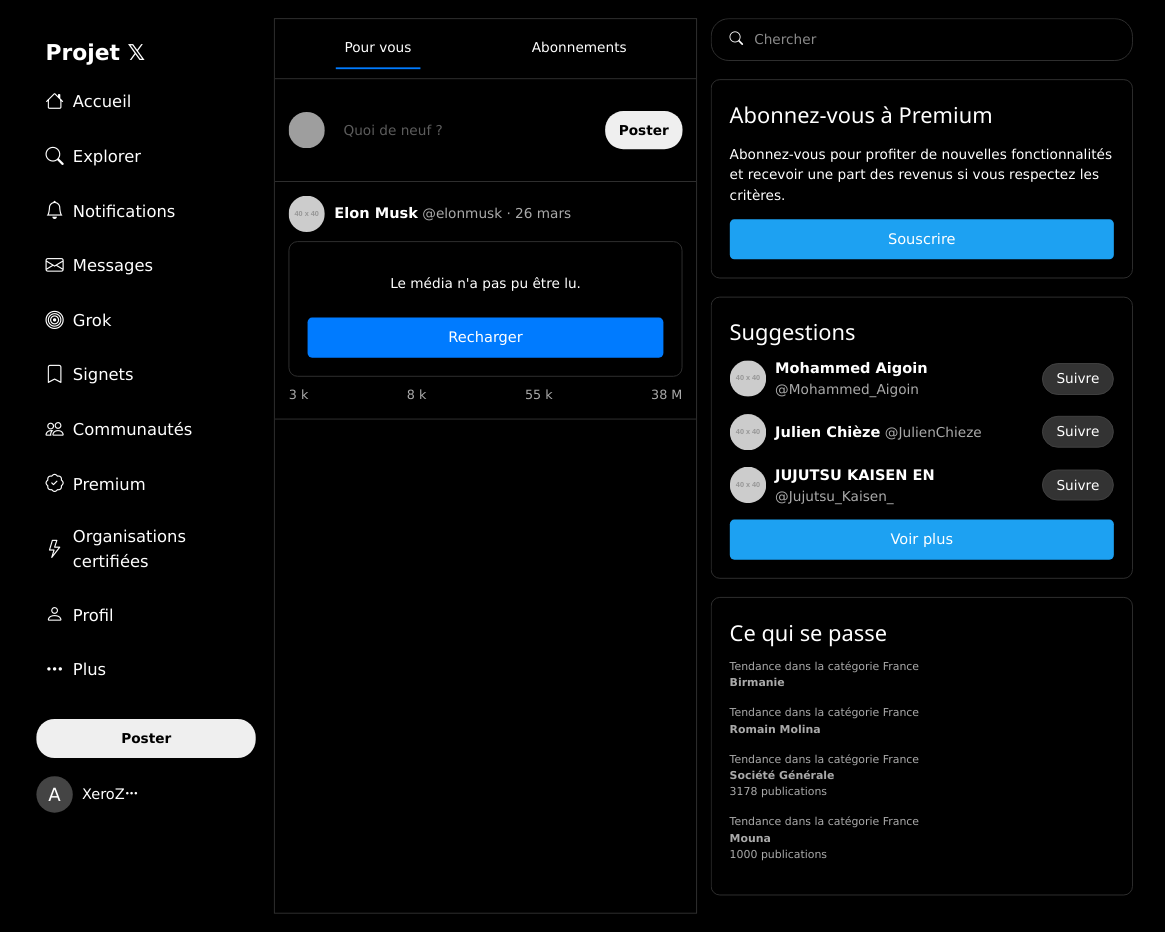
Repository: barriefl/ProjetX_BARRIER_MAULINE_MARQUES-FELIX_SERVONNET
Page: web/front/main.html
An editor plug-in stored every save of this project. The page is shown before and after a run of saves, followed by the edit.
The browser window is 1280 px wide. The pictures show the whole page, at 91% of full size.
Pictures or frames that could not be fetched are drawn as grey boxes.

Above is the page before, as saved 2025-03-31 09:23:38.

### web/front/main.html
<!DOCTYPE html>
<html lang="fr">
  <head>
    <meta charset="UTF-8" />
    <meta name="viewport" content="width=device-width, initial-scale=1.0" />
    <title>Projet &Xopf;</title>
    <link rel="icon" type="image/x-icon" href="image/twitter-x.svg" />
    <link rel="stylesheet" href="style/main.css" />
    <link rel="stylesheet" href="https://www.w3schools.com/w3css/5/w3.css" />
    <link
      rel="stylesheet"
      href="https://cdn.jsdelivr.net/npm/bootstrap-icons@1.5.0/font/bootstrap-icons.css"
    />
  </head>
  <body>
    <div class="sidebar">
      <div class="logo"><a href="/front/main.html">Projet &Xopf;</a></div>
      <ul class="menu">
        <li>
          <a href="/front/main.html"
            ><span class="icon"><i class="bi bi-house"></i></span> Accueil</a
          >
        </li>
        <li>
          <a href=""
            ><span class="icon"><i class="bi bi-search"></i></span>Explorer</a
          >
        </li>
        <li>
          <a href="#"
            ><span class="icon"><i class="bi bi-bell"></i></span>
            Notifications</a
          >
        </li>
        <li>
          <a href="#"
            ><span class="icon"><i class="bi bi-envelope"></i></span>Messages</a
          >
        </li>
        <li>
          <a href="#"
            ><span class="icon"><i class="bi bi-bullseye"></i></span> Grok</a
          >
        </li>
        <li>
          <a href="#"
            ><span class="icon"><i class="bi bi-bookmark"></i></span> Signets</a
          >
        </li>
        <li>
          <a href="#"
            ><span class="icon"><i class="bi bi-people"></i></span>
            Communautés</a
          >
        </li>
        <li>
          <a href="#"
            ><span class="icon"><i class="bi bi-patch-check"></i></span>
            Premium</a
          >
        </li>
        <li>
          <a href="#"
            ><span class="icon"><i class="bi bi-lightning"></i></span>
            Organisations certifiées</a
          >
        </li>
        <li>
          <a href="#"
            ><span class="icon"><i class="bi bi-person"></i></span> Profil</a
          >
        </li>
        <li>
          <a href="#"
            ><span class="icon"><i class="bi bi-three-dots"></i></span>Plus</a
          >
        </li>
      </ul>
      <button class="post-button">Poster</button>
      <div class="user-info">
        <span class="avatar">A</span>
        <span class="username">XeroZ</span>
        <span class="more-info"><i class="bi bi-three-dots"></i></span>
      </div>
    </div>
    <div class="container container-border">
      <!--  s -->
      <div class="tab-menu">
        <a href="#" class="active">Pour vous</a>
        <a href="#">Abonnements</a>
      </div>

      <!-- Header -->
      <div class="header">
        <img src="empty.png" alt="empty.png" />
        <input type="text" placeholder="Quoi de neuf ?" />
        <button class="post-button">Poster</button>
      </div>

      <!-- Post -->
      <div class="post">
        <div class="user-info">
          <img src="https://via.placeholder.com/40" alt="User Avatar" />
          <div>
            <span class="username">Elon Musk</span>
            <span style="color: #aaa">@elonmusk · 26 mars</span>
          </div>
        </div>
        <div class="content">
          <p>Le média n'a pas pu être lu.</p>
          <button class="button-blue">Recharger</button>
        </div>
        <div class="actions">
          <span>3 k</span>
          <span>8 k</span>
          <span>55 k</span>
          <span>38 M</span>
        </div>
      </div>
    </div>
    <div class="container">
      <!-- Barre de recherche -->
      <div class="search-bar">
        <i class="bi bi-search"></i>
        <input type="text" placeholder="Chercher" />
      </div>

      <!-- Section Premium -->
      <div class="card">
        <h3>Abonnez-vous à Premium</h3>
        <p>
          Abonnez-vous pour profiter de nouvelles fonctionnalités et recevoir
          une part des revenus si vous respectez les critères.
        </p>
        <button class="button-blue">Souscrire</button>
      </div>

      <!-- Suggestions -->
      <div class="card">
        <h3>Suggestions</h3>
        <div class="suggestion">
          <img src="https://via.placeholder.com/40" alt="Avatar" />
          <div class="info">
            <span class="username">Mohammed Aigoin</span>
            <span class="handle">@Mohammed_Aigoin</span>
          </div>
          <button class="follow-button">Suivre</button>
        </div>
        <div class="suggestion">
          <img src="https://via.placeholder.com/40" alt="Avatar" />
          <div class="info">
            <span class="username">Julien Chièze</span>
            <span class="handle">@JulienChieze</span>
          </div>
          <button class="follow-button">Suivre</button>
        </div>
        <div class="suggestion">
          <img src="https://via.placeholder.com/40" alt="Avatar" />
          <div class="info">
            <span class="username">JUJUTSU KAISEN EN</span>
            <span class="handle">@Jujutsu_Kaisen_</span>
          </div>
          <button class="follow-button">Suivre</button>
        </div>
        <button class="button-blue">Voir plus</button>
      </div>

      <!-- Tendances -->
      <div class="card">
        <h3>Ce qui se passe</h3>
        <ul class="trends">
          <li>
            <span>Tendance dans la catégorie France</span>
            <span class="title">Birmanie</span>
          </li>
          <li>
            <span>Tendance dans la catégorie France</span>
            <span class="title">Romain Molina</span>
          </li>
          <li>
            <span>Tendance dans la catégorie France</span>
            <span class="title">Société Générale</span>
            <span>3178 publications</span>
          </li>
          <li>
            <span>Tendance dans la catégorie France</span>
            <span class="title">Mouna</span>
            <span>1000 publications</span>
          </li>
        </ul>
      </div>
    </div>
  </body>
</html>

### web/front/style/main.css
body {
    margin: 0;
    background-color: #000;
    color: white;
    padding: 0;
    display: flex;
    justify-content: center;
    padding: 20px;
}

.sidebar {
    width: 300px;
    height: 100vh;
    display: flex;
    flex-direction: column;
    padding: 20px;
}

.logo {
    font-size: 24px;
    font-weight: bold;
}

.sidebar a {
    text-decoration: none;
    color: white;
    padding: 10px;
    border-radius: 15px;
    transition: all 0.3s ease-in-out;
}

.sidebar a:hover {
    background-color: #333;
    text-decoration: none;
    color: white;
}

.menu {
    list-style: none;
    padding: 0;
    margin: 0;
}

.menu li {
    margin: 10px 0;
}

.menu a {
    text-decoration: none;
    color: white;
    display: flex;
    align-items: center;
    font-size: 18px;
}

.menu .icon {
    margin-right: 10px;
    font-size: 20px;
}

.post-button {
    margin: 20px 0;
    padding: 10px 15px;
    border-radius: 20px;
    border:none;
    cursor: pointer;
    font-weight: bold;
}

.post-button:hover {
    background-color: #ddd;
}

.button-blue {
    width: 100%;
    padding: 10px;
    font-size: 16px;
    background-color: #1da1f2;
    color: white;
    border: none;
    border-radius: 5px;
    cursor: pointer;
}

.button-blue:hover {
    background-color: #0d8ce0;
}

.user-info {
    display: flex;
    align-items: center;
    margin-top: auto;
}

.avatar {
    background-color: #444;
    width: 40px;
    height: 40px;
    display: flex;
    align-items: center;
    justify-content: center;
    border-radius: 50%;
    font-size: 20px;
    margin-right: 10px;
}

.username {
    font-size: 16px;
}

.container {
    width: 500px;
    overflow: hidden;
    margin-right: 15px;
}

.container-border {
    border: 1px solid #333;
}

.header {
    display: flex;
    align-items: center;
    padding: 15px;
    border-bottom: 1px solid #333;
}

.header img {
    width: 40px;
    height: 40px;
    border-radius: 50%;
    margin-right: 10px;
}

.header input {
    flex: 1;
    background: transparent;
    border: none;
    outline: none;
    padding: 10px;
    color: #fff;
}

.header input::placeholder {
    color: #aaa;
}

.post {
    padding: 15px;
    border-bottom: 1px solid #333;
}

.post .user-info {
    display: flex;
    align-items: center;
    margin-bottom: 10px;
}

.post .user-info img {
    width: 40px;
    height: 40px;
    border-radius: 50%;
    margin-right: 10px;
}

.post .user-info .username {
    font-weight: bold;
}

.post .content {
    border: solid 1px #333;
    border-radius: 10px;
    padding: 20px;
    text-align: center;
}

.post .content button {
    background-color: #007bff;
    color: #fff;
    border: none;
    border-radius: 5px;
    padding: 10px 20px;
    margin-top: 10px;
    cursor: pointer;
}

.post .actions {
    display: flex;
    justify-content: space-between;
    margin-top: 10px;
    font-size: 14px;
    color: #aaa;
}

.tab-menu {
    display: flex;
    justify-content: space-around;
    padding: 10px;
    border-bottom: 1px solid #333;
}

.tab-menu a {
    color: #fff;
    text-decoration: none;
    padding: 10px;
}

.tab-menu a.active {
    border-bottom: 2px solid #007bff;
}

 .search-bar {
     display: flex;
     padding: 10px 20px;
     margin-bottom: 20px;
     border-radius: 20px;
     border: 1px solid #333;
 }

 .search-bar input {
     flex: 1;
     background: transparent;
     border: none;
     outline: none;
     color: #ffffff;
 }

 .search-bar i {
     margin-right: 10px;
 }

 .card {
    border: 1px solid #333;
     border-radius: 10px;
     padding: 20px;
     margin-bottom: 20px;
 }

 .card h3 {
     margin-top: 0;
 }

 .card .button {
     display: inline-block;
     background-color: #007bff;
     color: #ffffff;
     text-decoration: none;
     padding: 10px 20px;
     border-radius: 20px;
     margin-top: 10px;
     text-align: center;
 }

 .suggestion {
     display: flex;
     align-items: center;
     margin-bottom: 15px;
 }

 .suggestion img {
     width: 40px;
     height: 40px;
     border-radius: 50%;
     margin-right: 10px;
 }

 .suggestion .info {
     flex: 1;
 }

 .suggestion .info .username {
     font-weight: bold;
 }

 .suggestion .info .handle {
     color: #aaa;
 }

 .suggestion button {
     background-color: #333;
     border: 1px solid #444;
     color: #fff;
     border-radius: 20px;
     padding: 5px 15px;
     cursor: pointer;
 }

 .trends {
     list-style: none;
     padding: 0;
     margin: 0;
 }

 .trends li {
     margin-bottom: 15px;
 }

 .trends li span {
     display: block;
     color: #aaa;
     font-size: 12px;
 }

 .trends li .title {
     font-weight: bold;
 }

After the next 2 saves:
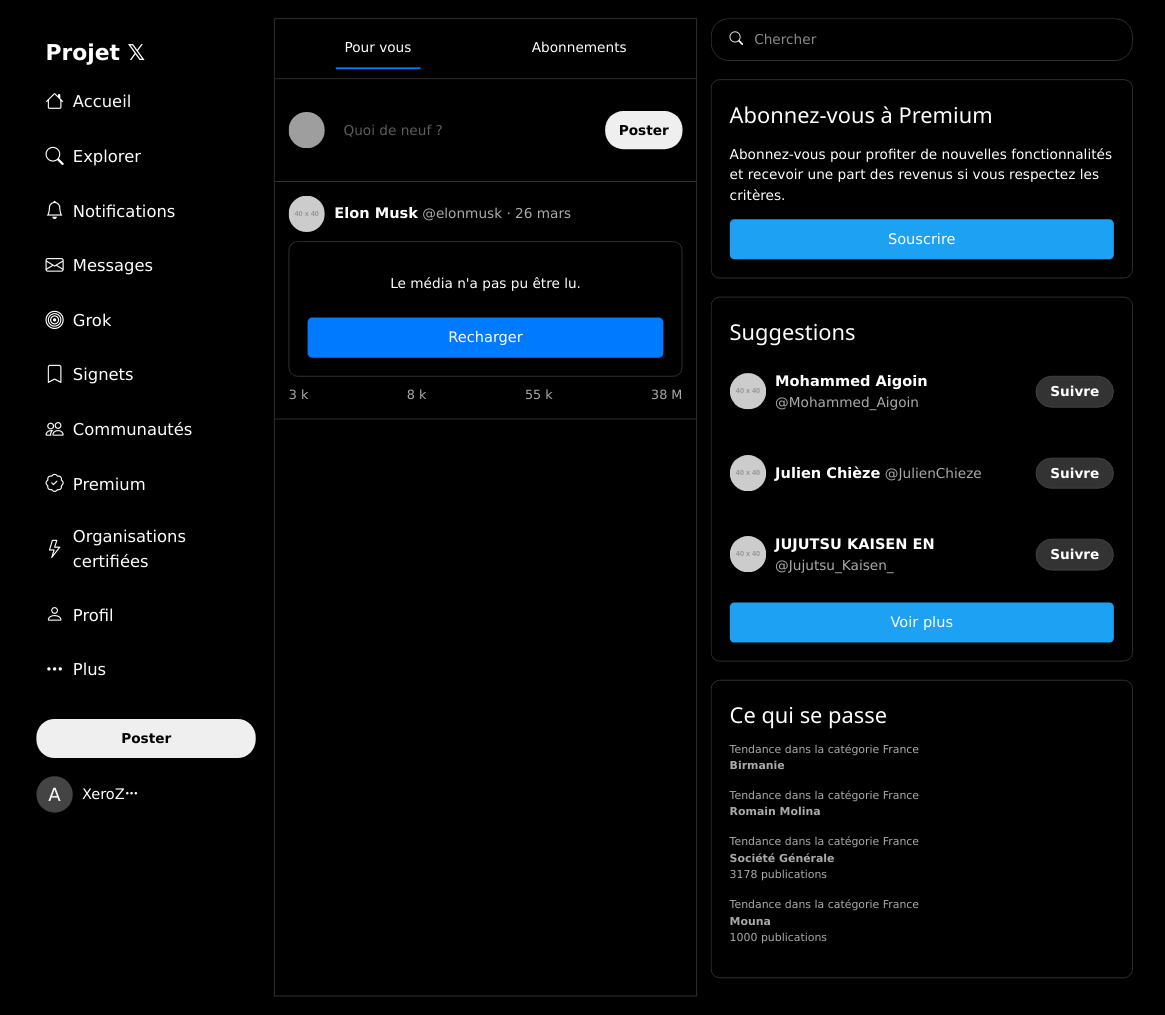
The 2 saves are shown as one change because they came seconds apart.
The last was saved 5 s later.
--- a/web/front/style/main.css
+++ b/web/front/style/main.css
@@ -58,7 +58,7 @@
     font-size: 20px;
 }
 
-.post-button {
+.post-button, .follow-button {
     margin: 20px 0;
     padding: 10px 15px;
     border-radius: 20px;
